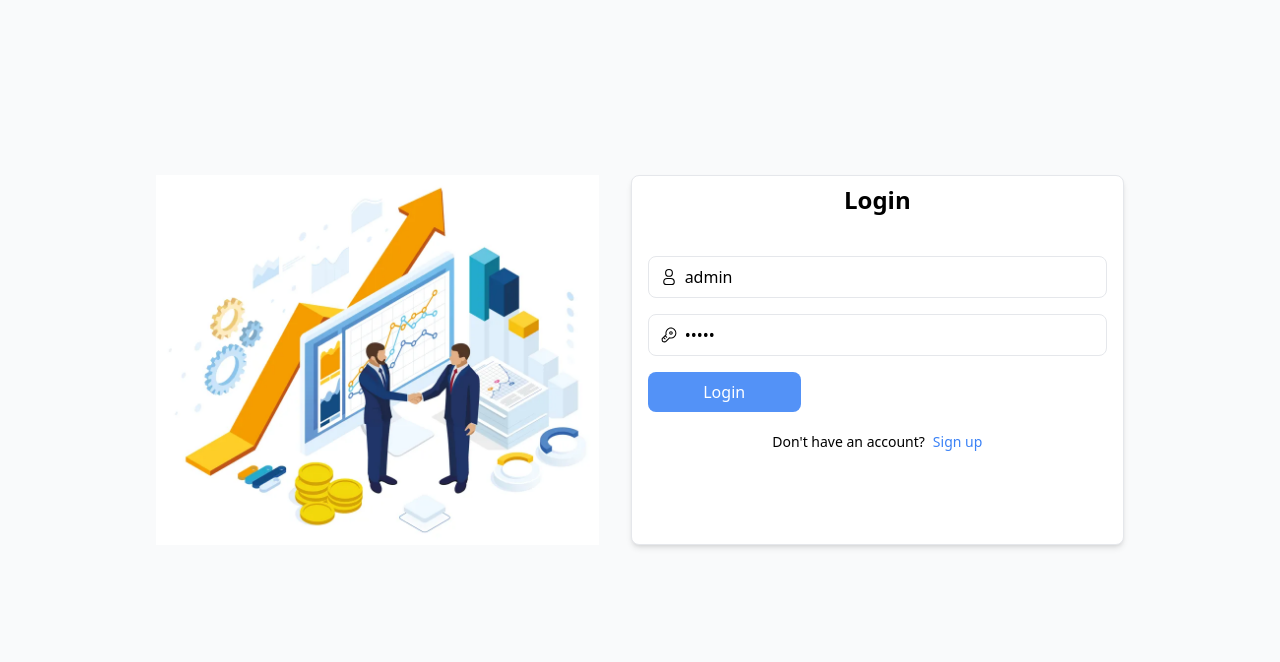
Repository: Fortivera/yourestate
Page: /
An editor plug-in stored every save of this project. The page is shown before and after the next save, followed by the edit.
The browser window is 1280 px wide. The pictures show the whole page.
The project was rebuilt for these pictures with package versions that can differ from the ones it lists, and the page was loaded fresh each time. The framework's server and built-in components were replaced by stand-ins that run in the browser. Also part of the build but not shown: next.config.js.

Above is the page before, as saved 2023-11-04 13:56:26.

After the next save:
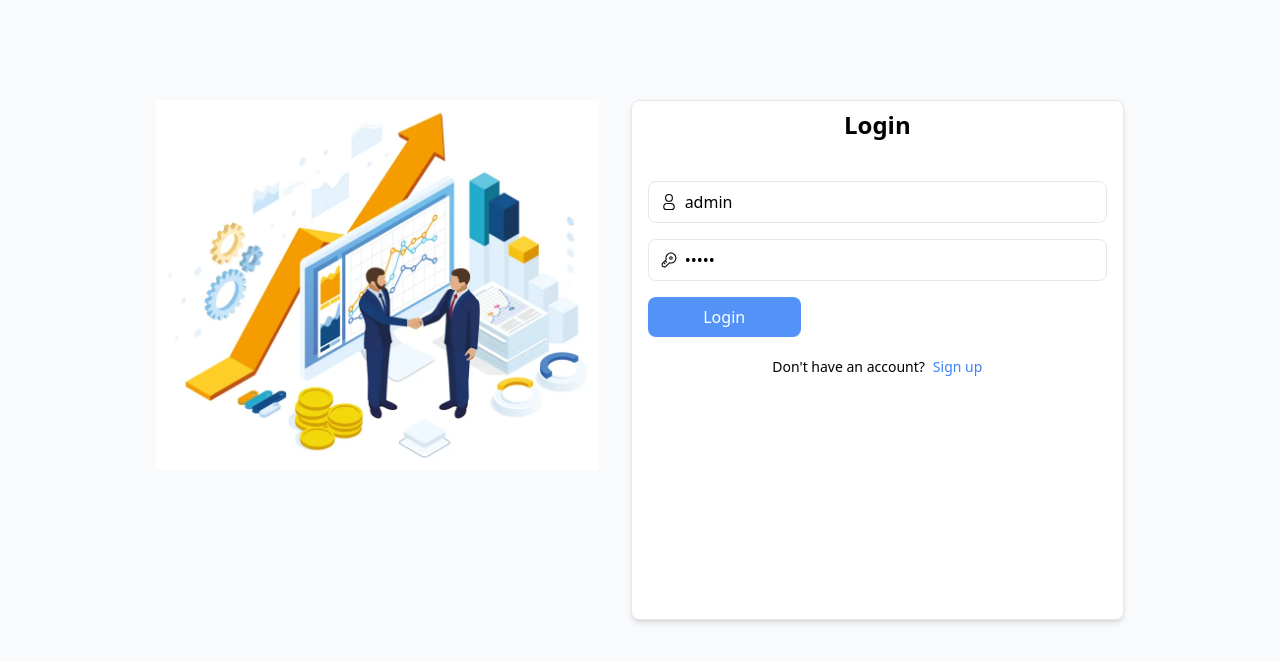
Saved 76 s later.
--- a/src/app/page.tsx
+++ b/src/app/page.tsx
@@ -7,7 +7,7 @@ import growthVisual from "../../public/static/growth.jpg"
 export default function Login() {
   return (
     <div className="min-h-screen bg-gray-50 flex items-center justify-center">
-      <div className="w-full px-4 py-10 tablet:w-[540px] laptop:w-[1000px] laptop:flex laptop:flex-row laptop:space-x-8">
+      <div className="h-[600px] px-4 py-10 tablet:w-[540px] laptop:w-[1000px] laptop:flex laptop:flex-row laptop:space-x-8">
         <figure className=" ">
           <Image src={growthVisual} alt="login page picture" layout="responsive" />
         </figure>
